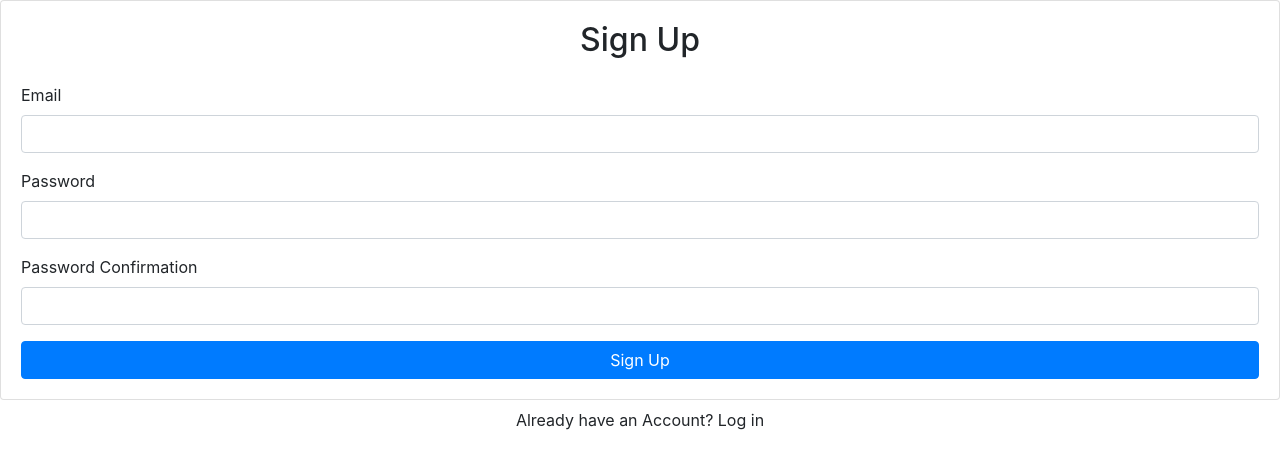
Repository: JonoBowenDev/firebase-tutorial
Page: /
The author's editor kept a copy of each file at every save. The page is drawn from the files as they stood at one save, then again after a run of saves.
The browser window is 1280 px wide. The pictures show the whole page.
The project was rebuilt for these pictures with package versions that can differ from the ones it lists, and the page was loaded fresh each time.

Above is the page before, as saved 2021-03-11 13:49:19.

After the next 2 saves:
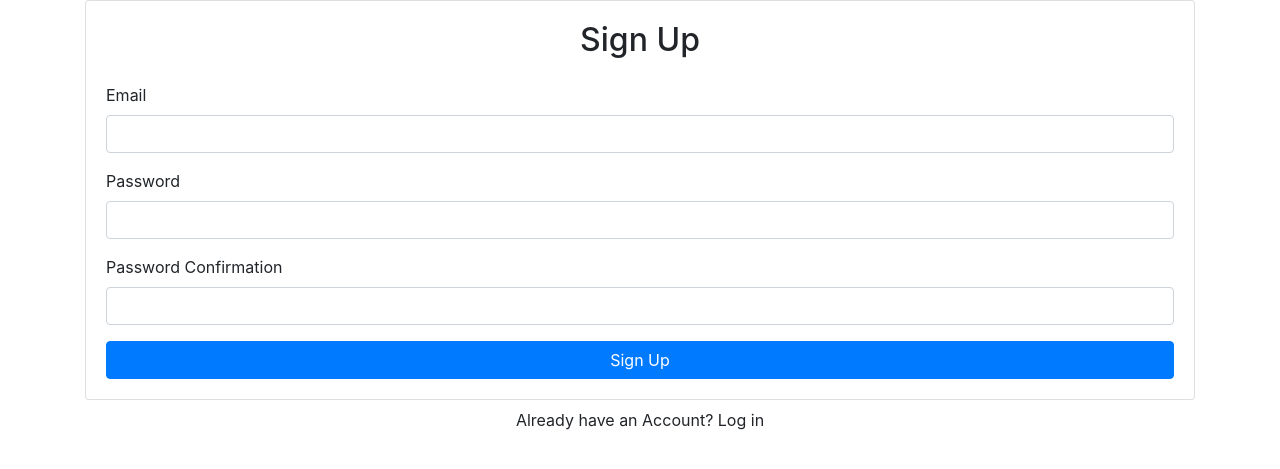
The 2 saves are shown as one change because 1 did not build or start.
The last was saved 38 s later.
--- a/src/components/App.js
+++ b/src/components/App.js
@@ -1,8 +1,11 @@
-import SignUp from "./SignUp"
+import SignUp from "./SignUp";
+import { Container } from "react-bootstrap";
 
 function App() {
   return (
+    <Container>
     <SignUp />
+    </Container>
   );
 }
 
